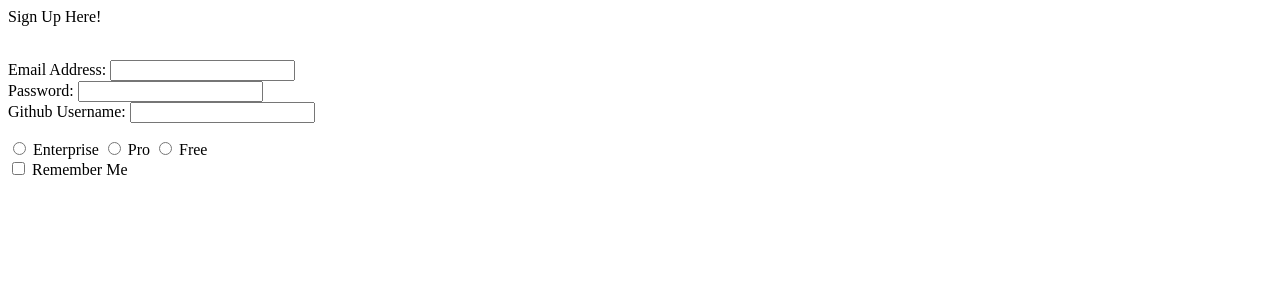
Repository: Bsharpenski/mini-movi-list
Page: signup-form/index.html
These files come from the project's save history. The page is drawn as it stood at one moment and after the next save; the edit follows.
The browser window is 1280 px wide. The pictures show the whole page.

Above is the page before, as saved 2025-01-29 22:05:11.

### signup-form/index.html
<!DOCTYPE html>
<html lang="en">
    <head>
        <meta charset="UTF-8">
        <meta name="viewport" content="width=device-width, initial-scale=1.0">
        <header>Sign Up Here!</header>
        <title>Sign Up</title>
    </head>
    <body>
        <br>
       <p>
        <label>Email Address:
         <input type="email" >
        </label>
        <br>
        <label> Password:
         <input type="email" >
        </label>
        <br>
        <label>Github Username:
            <input type="username">
        </label>
    </p>
   <p>
    <input id="enterprise" type="radio" name="option" value="enterprise">
    <label for="enterprise">Enterprise</label>
    <input id="Pro" type="radio" name="option" value="pro">
    <label for="Pro">Pro</label>
    <input id="free" type="radio" name="option" value="free">
    <label for="free">Free</label>
    <br>
    <input id="remember" type="checkbox" >
    <label for="remember">Remember Me</label>
   </p>

    </body>
</html>

After the next save:
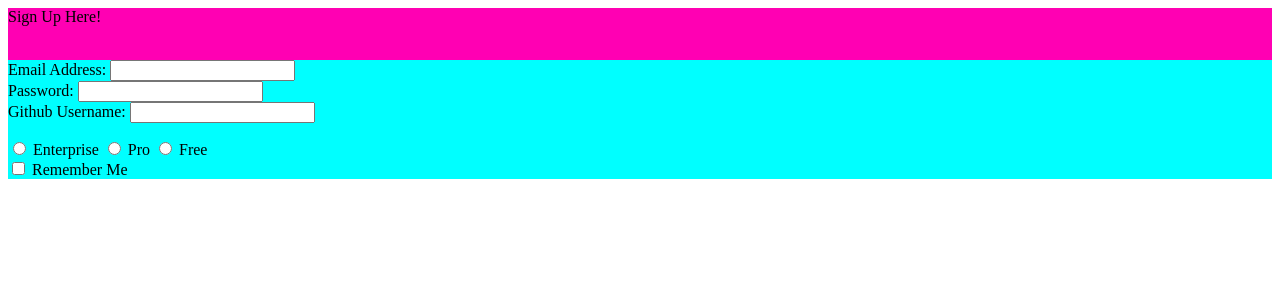
Saved 11 min 18 s later.
--- a/signup-form/index.html
+++ b/signup-form/index.html
@@ -1,14 +1,18 @@
 <!DOCTYPE html>
 <html lang="en">
     <head>
+        <div style="width: px;height: px;
+        background-color:rgb(255, 0, 179);">Sign Up Here!
         <meta charset="UTF-8">
         <meta name="viewport" content="width=device-width, initial-scale=1.0">
-        <header>Sign Up Here!</header>
+        <header></header>
         <title>Sign Up</title>
     </head>
     <body>
         <br>
        <p>
+        <div style="width: px;height: px;
+        background-color:aqua;">
         <label>Email Address:
          <input type="email" >
         </label>
@@ -32,6 +36,7 @@
     <input id="remember" type="checkbox" >
     <label for="remember">Remember Me</label>
    </p>
+</div>
 
     </body>
 </html>
